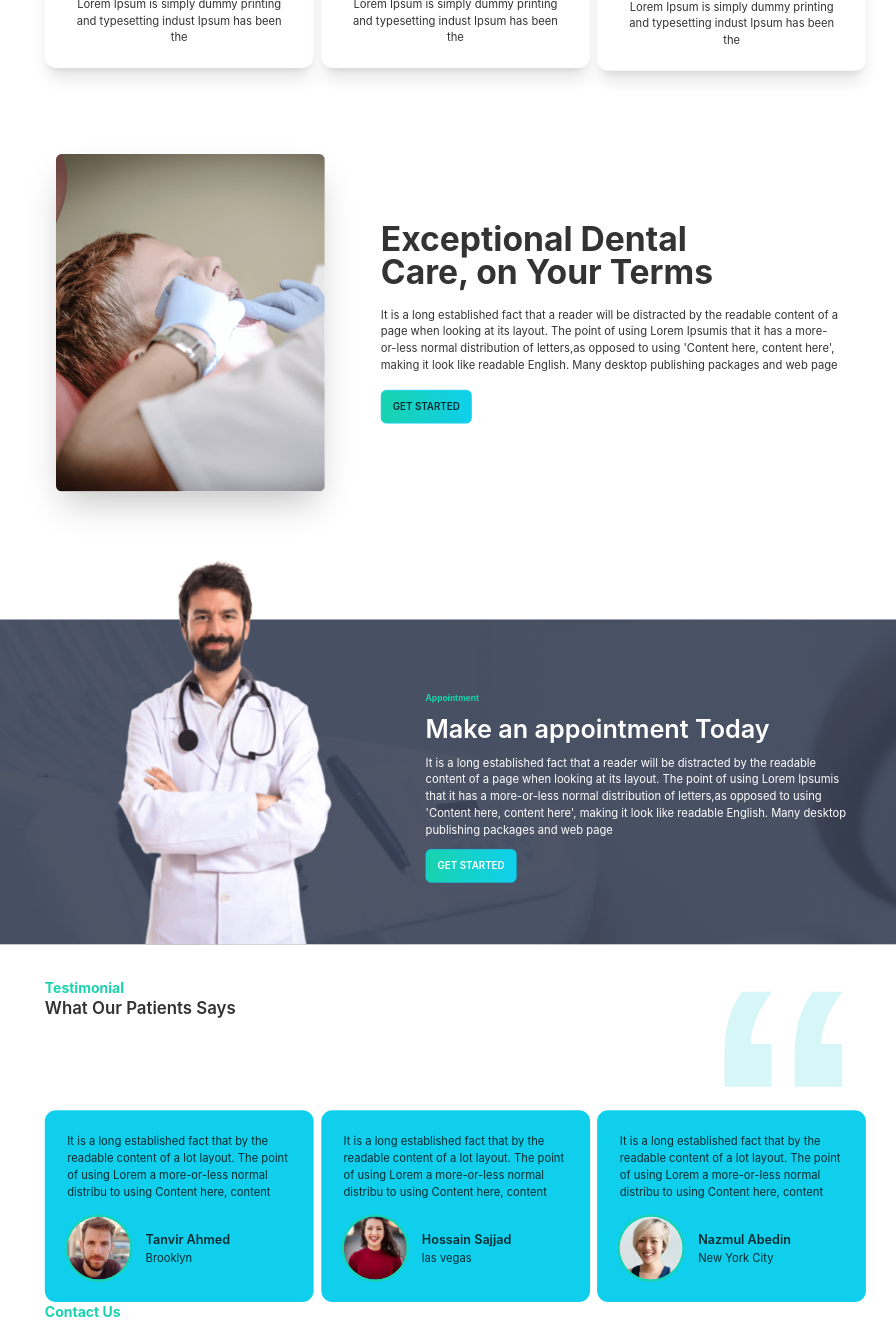
Repository: Tanvir3744/Doctors-client-website
Page: /
An editor plug-in stored every save of this project. The page is shown before and after the next save, followed by the edit.
The browser window is 1280 px wide. The pictures show the part of the page from y = 1270 to 3190 px (the page is 3158 px tall before and 3190 px after), at 70% of full size.
The project was rebuilt for these pictures with package versions that can differ from the ones it lists, and the page was loaded fresh each time. Also part of the build but not shown: src/Pages/About/About.js, src/Pages/Login/Login.js, src/Pages/NotFound/NotFound.js.

Above is the page before, as saved 2022-05-25 23:20:35.

### src/App.js
import { Routes, Route } from 'react-router-dom'
import About from './Pages/About/About';
import Home from './Pages/Home/Home';
import Login from './Pages/Login/Login';
import NotFound from './Pages/NotFound/NotFound';
import Navbar from './Pages/Shared/Navbar';
function App() {
  return (
    <div className="App">
      <Navbar></Navbar>
      <Routes>
        <Route path='/' element={<Home />}></Route>
        <Route path='/home' element={<Home />}></Route>
        <Route path='/about' element={<About />}></Route>
        <Route path='/login' element={<Login />}></Route>
        <Route path='*' element={<NotFound />}></Route>
      </Routes>
    </div>
  );
}

export default App;

### src/Pages/Home/Home.js
import React from 'react';
import InfoCards from '../../components/InfoCards';
import Banner from './Banner/Banner';
import ContactUs from './ContactUs';
import MakeAppointment from './MakeAppointment';
import ServiceHero from './ServiceHero';
import Services from './Services';
import Testimonials from './Testimonials';

const Home = () => {
    return (
        <div>
            <Banner />
            <InfoCards />
            <Services />
            <ServiceHero />
            <MakeAppointment />
            <Testimonials />
            <ContactUs />
        </div>
    );
};

export default Home;

### src/Pages/Shared/Navbar.js
import React from 'react';
import { Link } from 'react-router-dom';

const Navbar = () => {
    //menu items stored here
    const menuItems = <>
        <li><Link to="/">Home</Link></li>
        <li><Link to="/about">About</Link></li>
        <li><Link to="/appointment">Appointmenet</Link></li>
        <li><Link to="/reviews">Reviews</Link></li>
        <li><Link to="/contact">Contact Us</Link></li>
        <li><Link to="/login">Log in </Link></li>
    </>
    return (
        <div>
            <div class="navbar bg-base-100">
                <div class="navbar-start">
                    <div class="dropdown">
                        <label tabindex="0" class="btn btn-ghost lg:hidden">
                            <svg xmlns="http://www.w3.org/2000/svg" class="h-5 w-5" fill="none" viewBox="0 0 24 24" stroke="currentColor"><path stroke-linecap="round" stroke-linejoin="round" stroke-width="2" d="M4 6h16M4 12h8m-8 6h16" /></svg>
                        </label>
                        <ul tabindex="0" class="menu menu-compact dropdown-content mt-3 p-2 shadow bg-base-100 rounded-box w-52">
                           {menuItems}
                        </ul>
                    </div>
                    <Link to='/' class="btn btn-ghost normal-case text-xl">daisyUI</Link>
                </div>
                <div class="navbar-center hidden lg:flex">
                    <ul class="menu menu-horizontal p-0">
                        {menuItems}
                    </ul>
                </div>
            </div>
        </div>
    );
};

export default Navbar;

### src/components/InfoCards.js
import React from 'react';
import ChildInfoCards from './ChildInfoCards';
import Clock from './../assets/icons/clock.svg'
import Marker from './../assets/icons/marker.svg'
import Phone from './../assets/icons/phone.svg'
const InfoCards = () => {

    return (
        <div className='grid px-16 grid-cols-1 lg:grid-cols-3 gap-5 -mt-28'>
            <ChildInfoCards bgClass='bg-gradient-to-r from-secondary to-primary' cardTitle='Opening Hours' img={Clock} />
            <ChildInfoCards bgClass='bg-warning' cardTitle='Our Location' img={Marker} />
            <ChildInfoCards bgClass='bg-gradient-to-r from-secondary to-primary' cardTitle='Contact Us' img={Phone} />
        </div>
    );
};

export default InfoCards;

### src/Pages/Home/Banner/Banner.js
import React from 'react';
import chair from '../../../assets/images/chair.png'
const Banner = () => {
    return (
        <div className='px-12'>
            <div class="hero min-h-screen conatiner mx-auto">
                <div class="hero-content flex-col lg:flex-row-reverse -mt-28">
                    <img src={chair} class="max-w-sm rounded-lg shadow-2xl " />
                    <div className='px-16'>
                        <h1 class="text-5xl font-bold">Box Office News!</h1>
                        <p class="py-6">Provident cupiditate voluptatem et in. Quaerat fugiat ut assumenda excepturi exercitationem quasi. In deleniti eaque aut repudiandae et a id nisi.</p>
                        <button class="btn btn-primary text-white rounded-lg bg-gradient-to-r from-secondary to-primary">Get Started</button>
                    </div>
                </div>
            </div>
        </div>
    );
};

export default Banner;

### src/Pages/Home/ContactUs.js
import React from 'react';

const ContactUs = () => {
    return (
        <section className='px-16'>
            <div className="text">
                <h4 className='text-secondary text-xl font-bold capitalize'>Contact us</h4>
            </div>
        </section>
    );
};

export default ContactUs;

### src/Pages/Home/MakeAppointment.js
import React from 'react';
import Appointment from "../../assets/images/appointment.png";
import Doctor from '../../assets/images/doctor.png';
const MakeAppointment = () => {
    return (
        <div style={{background:`url(${Appointment})`}} className='flex justify-center items-center mt-16'>
            <div className='flex-1 -mt-36 hidden sm:block '>
                <img src={Doctor} alt="Doctors image" />
            </div>
            <div className='flex-1 pr-16 '>
                <h6 className='my-4 text-secondary text-xl font-bold lg:text-xs'>Appointment</h6>
                <h5 className='my-4 text-white text-4xl font-semibold '>Make an appointment Today</h5>
                <p className='my-4 text-white'>It is a long established fact that a reader will be distracted by the readable content of a page when looking at its layout. The point of using Lorem Ipsumis that it has a more-or-less normal distribution of letters,as opposed to using 'Content here, content here', making it look like readable English. Many desktop publishing packages and web page</p>
                <button className="btn btn-primary bg-gradient-to-r from-secondary text-white font-semibold to-primary">Get Started</button>
            </div>
        </div>
    );
};

export default MakeAppointment;

### src/Pages/Home/ServiceHero.js
import React from 'react';
import Treatment from '../../assets/images/treatment.png'

const ServiceHero = () => {
    return (
        <div>
            <div class="hero min-h-screen px-16">
                <div class="hero-content flex-col lg:flex-row">
                    <img src={Treatment} class="max-w-sm rounded-lg shadow-2xl" />
                    <div className="ml-16">
                        <h1 class="text-5xl font-bold">Exceptional Dental </h1>
                        <h1 class="text-5xl font-bold">Care, on Your Terms</h1>
                        <p class="py-6">It is a long established fact that a reader will be distracted by the readable content of a page when looking at its layout. The point of using Lorem Ipsumis that it has a more-or-less normal distribution of letters,as opposed to using 'Content here, content here', making it look like readable English. Many desktop publishing packages and web page</p>
                        <button class="btn btn-primary bg-gradient-to-r from-secondary to-primary">Get Started</button>
                    </div>
                </div>
            </div>
        </div>
    );
};

export default ServiceHero;

### src/Pages/Home/Services.js
import React from 'react';
import Fluoride from '../../assets/images/fluoride.png';
import Cavity from '../../assets/images/cavity.png';
import Whitening from '../../assets/images/whitening.png';
import Service from './Service';
const Services = () => {
    const serviceData = [
        {
            _id: 1,
            img: Fluoride,
            name: 'Fluoride Treatment',
            desc: 'Lorem Ipsum is simply dummy printing and typesetting indust Ipsum has been the',
        },
        {
            _id: 2,
            img: Cavity,
            name: 'Cavity Filling',
            desc: 'Lorem Ipsum is simply dummy printing and typesetting indust Ipsum has been the'
        },
        {
            _id: 3,
            img: Whitening,
            name: 'Teeth Whitening',
            desc: 'Lorem Ipsum is simply dummy printing and typesetting indust Ipsum has been the'
        }

    ]
    return (
        <div>
            <div className=' text-center mt-20'>
                <h3 className='text-primary uppercase font-bold text-2xl'>Our Services</h3>
                <h2 className='text-4xl text-dark capitalize font-semibold'>Services we provide</h2>
            </div>
            <div className="service-cards gap-8 grid sm:grid-cols-1 md:grid-cols-2 lg:grid-cols-3  mt-8 px-16">
                {
                    serviceData.map(serve => <Service key={serve._id} service = {serve}></Service>)
                }
            </div>
        </div>
    );
};

export default Services;

### src/Pages/Home/Testimonials.js
import React from 'react';
import Quote from '../../assets/icons/quote.svg';
import People1 from '../../assets/images/people1.png';
import People2 from '../../assets/images/people2.png';
import People3 from '../../assets/images/people3.png'
import TestCard from '../../components/TestCard';

const Testimonials = () => {
    const testData = [
        {
            _id: 5,
            name: 'Tanvir Ahmed',
            review: 'It is a long established fact that by the readable content of a lot layout. The point of using Lorem a more-or-less normal distribu to using Content here, content',
            img: People1,
            address:'Brooklyn'
        },
        {
            _id: 6,
            name: 'Hossain Sajjad',
            review: 'It is a long established fact that by the readable content of a lot layout. The point of using Lorem a more-or-less normal distribu to using Content here, content',
            img: People2,
            address:'las vegas'
        },
        {
            _id: 7,
            name: 'Nazmul Abedin',
            review: 'It is a long established fact that by the readable content of a lot layout. The point of using Lorem a more-or-less normal distribu to using Content here, content',
            img: People3,
            address:'New York City'
        }

    ]
    return (
        <section>
            <div className='mt-12 px-16 flex justify-between'>
                <div>
                    <h3 className='text-xl text-secondary font-bold'>Testimonial</h3>
                    <h2 className='text-2xl font-semibold'>What Our Patients Says</h2>
                </div>
                <div className='w-28 lg:w-48'>
                    <img src={Quote} alt="" />
                </div>
            </div>

            {/* testimonial cards */}
            <div className=' grid sm:grid-cols-1 md:grid-cols-2 lg:grid-cols-3 px-16 mt-8  gap-8'>
                {
                    testData.map(test => <TestCard key={test._id} test={test}></TestCard>)
                }
            </div>
        </section>
    );
};

export default Testimonials;

### src/components/ChildInfoCards.js
import React from 'react';

const ChildInfoCards = (props) => {
    const {img, cardTitle, bgClass} = props;
    return (
        <div className='container'>
            <div className={`card lg:card-side shadow-xl p-4 pl-4  ${bgClass}`}>
                <figure><img src={img} alt="Info cards" /></figure>
                <div class="card-body text-white">
                    <h2 class="card-title">{cardTitle}</h2>
                    <p>Click the button to listen on Spotiwhy app.</p>
                </div>
            </div>
        </div>
    );
};

export default ChildInfoCards;

### src/Pages/Home/Service.js
import React from 'react';

const Service = (props) => {
    const {name, img, desc} = props.service;
    return (
        <div>
            <div className="card   w-96 bg-base-100 shadow-xl">
                <figure className="px-10 pt-10">
                    <img src={img} alt="Shoes" className="rounded-xl" />
                </figure>
                <div className="card-body items-center text-center">
                    <h2 className="card-title font-semibold text-2xl">{name}</h2>
                    <p>{desc}</p>
                </div>
            </div>
        </div>
    );
};

export default Service;

### src/components/TestCard.js
import React from 'react';

const TestCard = (props) => {
    const { name, img, review, address } = props.test;
    return (
        <div>
            <div class="card w-96 bg-primary text-primary-content">
                <div class="card-body">
                    <p>{review}</p>
                    <div class="flex items-center justify-start mt-4 ">
                        <div class="w-24 rounded-full  ring-offset-base-100 ring-offset-2">
                            <img className='ring ring-secondary rounded-full' src={img} />
                        </div>
                        <div className='ml-4 flex flex-col self-center'>
                            <h5 className='text-lg font-semibold text-dark'>{name}</h5>
                            <h6>{address}</h6>
                        </div>
                    </div>
                </div>
            </div>
        </div>
    );
};

export default TestCard;

### tailwind.config.js
module.exports = {
  content: ["./src/**/*.{html,js}"],
  theme: {
    extend: {},
  },
  daisyui: {
    themes: [
      {

        mytheme: {
          primary: "#0FCFEC",
          secondary: "#19D3AE",
          neutral: "#3d4451",
          warning : "#3A4256",
          accent: "#37cdbe",
          "base-100": "#ffffff",
        },
      },
      "cupcake",
    ],
  },
  plugins: [require("daisyui")],
}

Loaded but not shown: public/index.html (common file); src/index.js (common file); src/index.css (common file); src/reportWebVitals.js (common file)

After the next save:
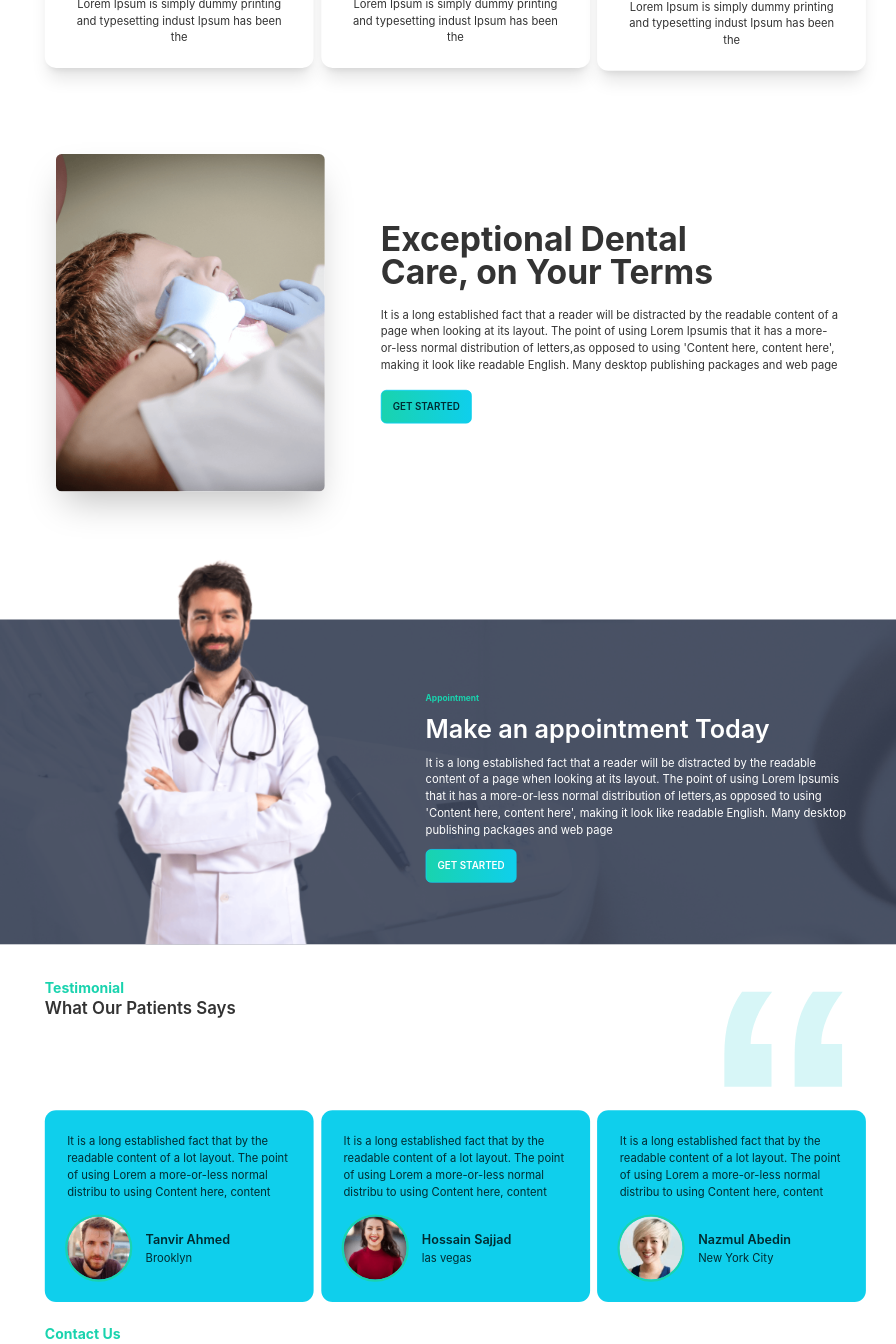
Saved 9 s later.
--- a/src/Pages/Home/ContactUs.js
+++ b/src/Pages/Home/ContactUs.js
@@ -2,7 +2,7 @@ import React from 'react';
 
 const ContactUs = () => {
     return (
-        <section className='px-16'>
+        <section className='px-16 mt-8'>
             <div className="text">
                 <h4 className='text-secondary text-xl font-bold capitalize'>Contact us</h4>
             </div>
